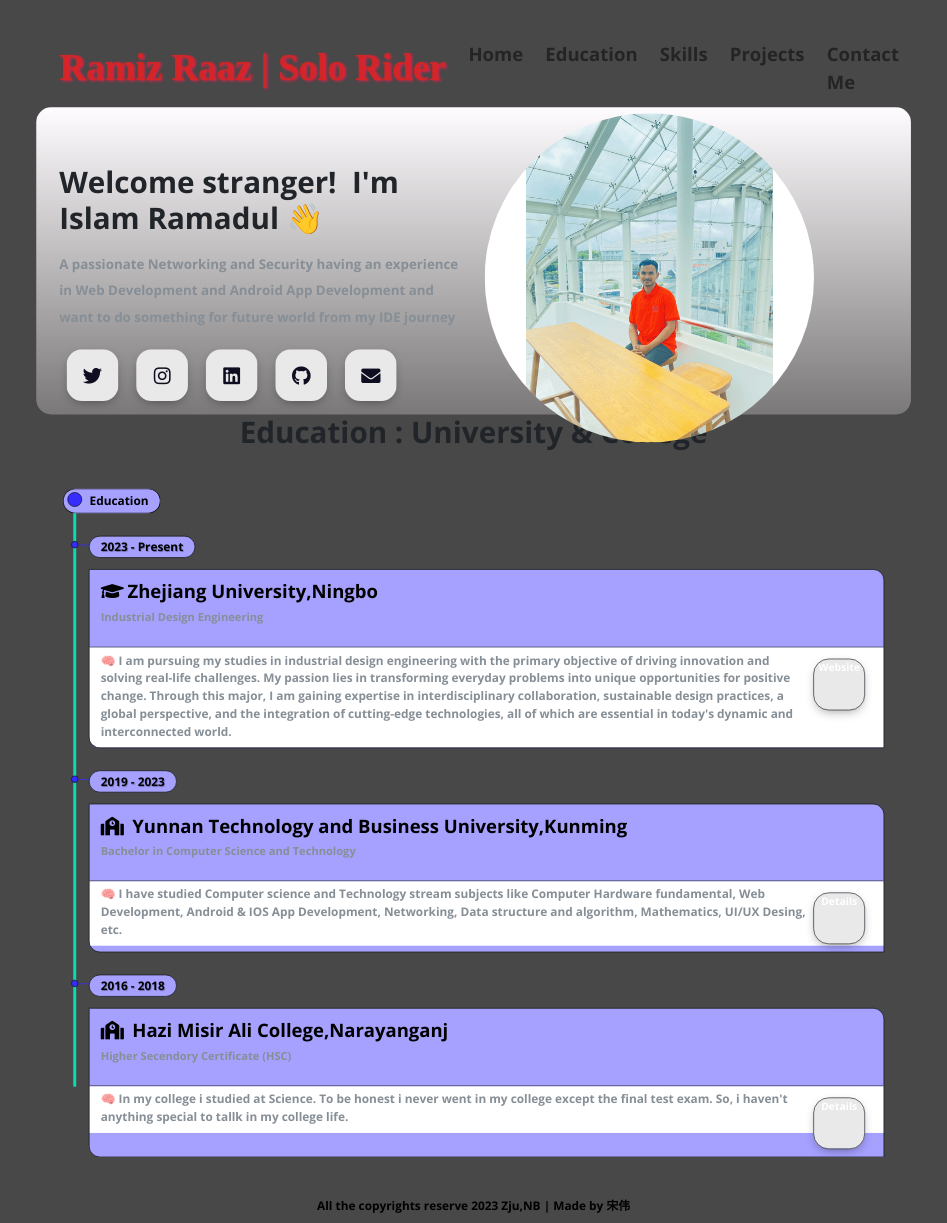
Repository: ramizraaz/ZjuProtfolio
Page: index.html
These files come from the project's save history. The page is drawn as it stood at one moment and after the next save; the edit follows.
The browser window is 1280 px wide. The pictures show the whole page, at 74% of full size.
Some web fonts or font styles are not loaded; a fallback is used. Some web libraries are served in a nearby version.

Above is the page before, as saved 2023-10-08 18:40:37.

### index.html
<!DOCTYPE html>
<html lang="en" dir="ltr">

<head>
    <meta charset="utf-8">
    <meta name="viewport" content="width=device-width,initial-scale=1">
    <title>宋伟's Profile | Personal website</title>
    <link rel="icon" href="Image/RR.png">
    <link rel="stylesheet" href="https://stackpath.bootstrapcdn.com/bootstrap/4.5.0/css/bootstrap.min.css" integrity="sha384-9aIt2nRpC12Uk9gS9baDl411NQApFmC26EwAOH8WgZl5MYYxFfc+NcPb1dKGj7Sk" crossorigin="anonymous">
    <link rel="stylesheet" href="style.css">
    <link href="https://fonts.googleapis.com/css2?family=Arizonia&family=Montserrat:wght@400;800&display=swap" rel="stylesheet">
    <link href="https://fonts.googleapis.com/css2?family=Open+Sans:wght@700&display=swap" rel="stylesheet">
    <link rel="stylesheet" href="https://use.fontawesome.com/releases/v5.4.1/css/all.css" />
    <link rel="stylesheet" href="https://cdnjs.cloudflare.com/ajax/libs/font-awesome/5.13.1/css/all.min.css">
    <script src="https://code.jquery.com/jquery-3.5.1.slim.min.js" integrity="sha384-DfXdz2htPH0lsSSs5nCTpuj/zy4C+OGpamoFVy38MVBnE+IbbVYUew+OrCXaRkfj" crossorigin="anonymous"></script>
    <script src="https://cdn.jsdelivr.net/npm/popper.js@1.16.0/dist/umd/popper.min.js" integrity="sha384-Q6E9RHvbIyZFJoft+2mJbHaEWldlvI9IOYy5n3zV9zzTtmI3UksdQRVvoxMfooAo" crossorigin="anonymous"></script>
    <script src="https://stackpath.bootstrapcdn.com/bootstrap/4.5.0/js/bootstrap.min.js" integrity="sha384-OgVRvuATP1z7JjHLkuOU7Xw704+h835Lr+6QL9UvYjZE3Ipu6Tp75j7Bh/kR0JKI" crossorigin="anonymous"></script>
</head>

<body class="container-fluid body_section">
    <header>
        <nav class="navbar navbar-expand-lg navbar-light ">
            <a class="navbar-brand brand-name" href="#">Ramiz Raaz | Solo Rider</a>
            <button class="navbar-toggler" type="button" data-toggle="collapse" data-target="#navbarSupportedContent" aria-controls="navbarSupportedContent" aria-expanded="false" aria-label="Toggle navigation">
                  <span class="navbar-toggler-icon"></span>
                </button>
            <div class="collapse navbar-collapse" id="navbarSupportedContent">
                <ul class="navbar-nav ml-auto">
                    <li class="nav-item">
                        <a class="nav-link headerachor" href="index.html">Home</a>
                    </li>

                    <li class="nav-item">
                        <a class="nav-link headerachor" href="#Education">Education</a>
                    </li>
                    <li class="nav-item">
                        <a class="nav-link headerachor" href="">Skills</a>
                    </li>
                    <li class="nav-item">
                        <a class="nav-link headerachor" href="">Projects</a>
                    </li>
                    <li class="nav-item">
                        <a class="nav-link headerachor" href="">Contact Me</a>
                    </li>
                </ul>
        </nav>
    </header>
    <!-- Intro Section -->
    <section id="Home">
        <div class="row column1">
            <div class="col-lg-6 col-md-6 first-image">
                <img class="boyimage" src="img/me.gif" alt="">
            </div>
            <div class="col-lg-6 section-1">
                <h1 class="Hello">Welcome stranger!&nbsp&nbspI'm Islam Ramadul <span class="wave">👋</span></h1>
                <p>A passionate Networking and Security having an experience in Web Development and Android App Development and want to do something for future world from my IDE journey</p>
                <div class=social_media_icon>
                    <a class="btn" href="https://twitter.com/ramiz_raaz" target=_blank>
                        <i class="fab fa-twitter"></i>
                    </a>
                    <a class="btn" href="https://www.instagram.com/ramiz_raaz/" target=_blank>
                        <i class="fab fa-instagram"></i>
                    </a>
                    <a class="btn" href="https://www.linkedin.com/" target=_blank>
                        <i class="fab fa-linkedin" aria-hidden="true"></i>
                    </a>
                    <a class="btn" href="https://github.com/ramizraaz" target=_blank>
                        <i class="fab fa-github"></i>
                    </a>
                    <a class="btn" href="mailto:romiz.romeo.raaz@gmail.com/" target=_blank>
                        <i class="fa fa-envelope"></i>
                    </a>
                </div>
            </div>
    </section>
    <!-- Education Section -->
    <section id="Education">
        <div class="container">
            <div class="Heading">
                <h1>Education : University & College</h1>
                <br>
            </div>
            <div class="timeline">
                <div class="timeline-month">
                    Education
                </div>
                <div class="timeline-section">
                    <div class="timeline-date">
                        2023 - Present
                    </div>
                    <div class="row">
                        <div class="col-lg">
                            <div class="timeline-box">
                                <div class="box-title">
                                    <i class="fas fa-graduation-cap" aria-hidden="true"></i>Zhejiang University,Ningbo
                                    <p class="degree">Industrial Design Engineering</p>
                                </div>
                                <div class="box-content">
                                    <a class="btn btn-sm btn-dark float-right" role="button" href="https://www.zju.edu.cn/english/" target=_blank style="color: white;">Website</a>
                                    <div class="box-item">🧠 I am pursuing my studies in industrial design engineering with the primary objective of driving innovation and solving real-life challenges. My passion lies in transforming everyday problems into unique opportunities
                                        for positive change. Through this major, I am gaining expertise in interdisciplinary collaboration, sustainable design practices, a global perspective, and the integration of cutting-edge technologies, all of which
                                        are essential in today's dynamic and interconnected world.</div>
                                </div>
                            </div>
                        </div>
                    </div>
                </div>

                <div class="timeline-section">
                    <div class="timeline-date">
                        2019 - 2023
                    </div>
                    <div class="row">
                        <div class="col-lg">
                            <div class="timeline-box">
                                <div class="box-title">
                                    <i class="fas fa-school" aria-hidden="true"></i> Yunnan Technology and Business University,Kunming
                                    <p class="degree">Bachelor in Computer Science and Technology</p>
                                </div>
                                <div class="box-content">
                                    <a class="btn btn-sm btn-dark float-right" role="button" style="color: white;">Details</a>
                                    <div class="box-item">🧠 I have studied Computer science and Technology stream subjects like Computer Hardware fundamental, Web Development, Android & IOS App Development, Networking, Data structure and algorithm, Mathematics, UI/UX Desing,
                                        etc.
                                    </div>

                                </div>
                            </div>
                        </div>
                    </div>
                </div>

                <div class="timeline-section">
                    <div class="timeline-date">
                        2016 - 2018
                    </div>
                    <div class="row">
                        <div class="col-lg">
                            <div class="timeline-box">
                                <div class="box-title">
                                    <i class="fas fa-school" aria-hidden="true"></i> Hazi Misir Ali College,Narayanganj
                                    <p class="degree"> Higher Secendory Certificate (HSC)</p>
                                </div>
                                <div class="box-content">
                                    <a class="btn btn-sm btn-dark float-right" role="button" style="color: white;">Details</a>
                                    <div class="box-item">🧠 In my college i studied at Science. To be honest i never went in my college except the final test exam. So, i haven't anything special to tallk in my college life.</div>
                                    <div class="box-item"><b>

                                </div>
                            </div>
                        </div>
                    </div>
                </div>
            </div>
        </div>
    </section>

    </form>
    <footer class=footer>All the copyrights reserve 2023 Zju,NB | Made by 宋伟</footer>
</body>

</html>

### style.css
body {
    font-family: 'Open Sans', sans-serif;
    margin: 0;
    background: #b1adad;
    animation: pulse 10s infinite;
}

@keyframes pulse {
    0% {
        background: #F2F2F2;
    }
    10% {
        background: #FFFFFF;
    }
    20% {
        background: #d6d6d6e2;
        ;
    }
    30% {
        background: #acacacd8;
    }
    40% {
        background: #6b6b6bcf;
    }
    50% {
        background: #484848;
    }
    60% {
        background: #292929c8;
    }
    70% {
        background: #2f2e2ebc;
    }
    80% {
        background: #242424bb;
    }
    90% {
        background: #1e1e1ef7;
    }
    100% {
        background: #a6a6a6;
    }
}

.body_section {
    padding: 3% 5% 1%;
}

p {
    font-size: 18px;
}

a {
    text-decoration: none;
}

@font-face {
    font-family: "Lovely Home";
    src: local('Lovely Home'), url("Image/LovelyHome-9aBZ.ttf") format('truetype');
}

.brand-name,
.navbar-light .navbar-brand {
    font-family: "Lovely Home";
    font-size: 50px;
    font-weight: bold;
    color: #d72525e4;
    text-shadow: 2px 2px 4px #e71f4a;
}

.headerachor {
    margin: 0 7px 0 7px;
    border-radius: 15px;
    font-size: 25px;
}

.headerachor:hover {
    background-color: #ffffff82;
}


/* Section 1 */

.column1 {
    background-image: linear-gradient(#fefcfe, #7a7878);
    padding: 8px 16px;
    border-radius: 20px;
}

.section-1 {
    margin-top: 6%;
    text-align: left;
    position: relative;
}

span.wave {
    animation-name: wave-animation;
    animation-duration: 2.5s;
    animation-iteration-count: infinite;
    transform-origin: 70% 70%;
    display: inline-block;
}

@keyframes wave-animation {
    0% {
        transform: rotate( 0.0deg)
    }
    10% {
        transform: rotate(-10.0deg)
    }
    20% {
        transform: rotate( 12.0deg)
    }
    30% {
        transform: rotate(-10.0deg)
    }
    40% {
        transform: rotate( 9.0deg)
    }
    50% {
        transform: rotate( 0.0deg)
    }
    100% {
        transform: rotate( 0.0deg)
    }
}

.first-image {
    position: absolute;
    right: 0;
}

.boyimage {
    height: 445px;
    border-radius: 50%;
}

@media only screen and (max-width: 1183px) {
    .first-image {
        right: 160px;
    }
}

.boy {
    width: 100%;
    height: 100%;
    animation: bounce 1.2s;
    animation-direction: alternate;
    animation-iteration-count: infinite;
}

@keyframes bounce {
    from {
        transform: translate3d(0, 0, 0);
    }
    to {
        transform: translate3d(0, 20px, 0);
    }
}

.Image-boy {
    text-align: center;
    align-items: center;
}

@media only screen and (min-width:951px) {
    .Image-boy {
        display: none;
    }
}

.Hello {
    margin-bottom: 20px;
}

p {
    line-height: 2;
    color: #868e96;
}

.btn {
    display: inline-block;
    width: 4.37rem;
    height: 4.37rem;
    background: #e9e9e9;
    padding: 0px 0px;
    margin: 10px;
    border-radius: 30%;
    box-shadow: 0 5px 15px -5px #00000070;
    color: #0f0d20;
    overflow: hidden;
    position: relative;
}

.btn i {
    line-height: 70px;
    font-size: 1.625rem;
    transition: 0.2s linear;
}

.btn:hover i {
    transform: scale(1.3);
    color: #f1f1f1;
}

.btn::before {
    content: "";
    position: absolute;
    width: 120%;
    height: 120%;
    background: #46088d;
    transform: rotate(45deg);
    left: -110%;
    top: 90%;
}

.btn:hover::before {
    animation: aaa 0.7s 1;
    top: -10%;
    left: -10%;
}

@media only screen and (max-width:470px) {
    .btn {
        width: 2.5rem;
        height: 2.5rem;
        margin: 7px;
    }
    .btn i {
        line-height: 40px;
        font-size: 1em;
    }
}


/* Education CSS */

.Heading {
    text-align: center;
}

.timeline {
    margin-top: 20px;
    position: relative;
}

.timeline:before {
    position: absolute;
    content: '';
    width: 4px;
    height: calc(100% - 100px);
    background: #08ddaf;
    left: 14px;
    top: 5px;
    border-radius: 4px;
}

.timeline-month {
    color: black;
    position: relative;
    padding: 4px 15px 4px 35px;
    background-color: #a6a1ff;
    display: inline-block;
    width: auto;
    border-radius: 40px;
    border: 1px solid #17191B;
    border-right-color: black;
    margin-bottom: 30px;
}

.timeline-month span {
    position: absolute;
    top: -1px;
    left: calc(100% - 100px);
    z-index: -1;
    white-space: nowrap;
    display: inline-block;
    background-color: #111;
    padding: 4px 10px 4px 20px;
    border-top-right-radius: 40px;
    border-bottom-right-radius: 40px;
    border: 1px solid black;
    box-sizing: border-box;
}

.timeline-month:before {
    position: absolute;
    content: '';
    width: 20px;
    height: 20px;
    background: #362CFF;
    border-radius: 100%;
    border: 1px solid #17191B;
    left: 5px;
}

.timeline-section {
    padding-left: 35px;
    display: block;
    position: relative;
    margin-bottom: 30px;
}

.timeline-date {
    margin-bottom: 15px;
    padding: 2px 15px;
    background: #a6a1ff;
    position: relative;
    display: inline-block;
    border-radius: 20px;
    border: 1px solid #17191B;
    color: black;
    text-shadow: 1px 1px 1px rgba(0, 0, 0, 0.3);
}

.timeline-section:before {
    content: '';
    position: absolute;
    width: 30px;
    height: 1px;
    background-color: #362CFF;
    top: 12px;
    left: 20px;
}

.timeline-section:after {
    content: '';
    position: absolute;
    width: 10px;
    height: 10px;
    background: #362CFF;
    top: 7px;
    left: 11px;
    border: 1px solid #17191B;
    border-radius: 100%;
}

.timeline-box {
    position: relative;
    color: black;
    background-color: #a6a1ff;
    border-radius: 15px;
    border-top-left-radius: 0px;
    border-bottom-right-radius: 0px;
    border: 1px solid #17191B;
    transition: all 0.3s ease;
    overflow: hidden;
}

.box-icon {
    position: absolute;
    right: 5px;
    top: 0px;
}

.box-title {
    padding: 10px 15px;
    font-size: 25px;
    border-bottom: 1px solid #17191B;
}

.degree {
    font-size: 15px;
}

.box-title i {
    margin-right: 5px;
}

.box-content {
    padding: 5px 15px;
    background-color: white;
}

.box-item {
    margin-bottom: 5px;
    color: #868e96;
    font-weight: 400;
}

.certificate {
    padding-top: 20px;
}

.certificate-text {
    text-align: center;
}

.box-shadow {
    box-shadow: 5px 5px 5px #d9dbdf;
}

footer {
    padding-top: 2%;
    color: #000000;
    text-align: center;
}

After the next save:
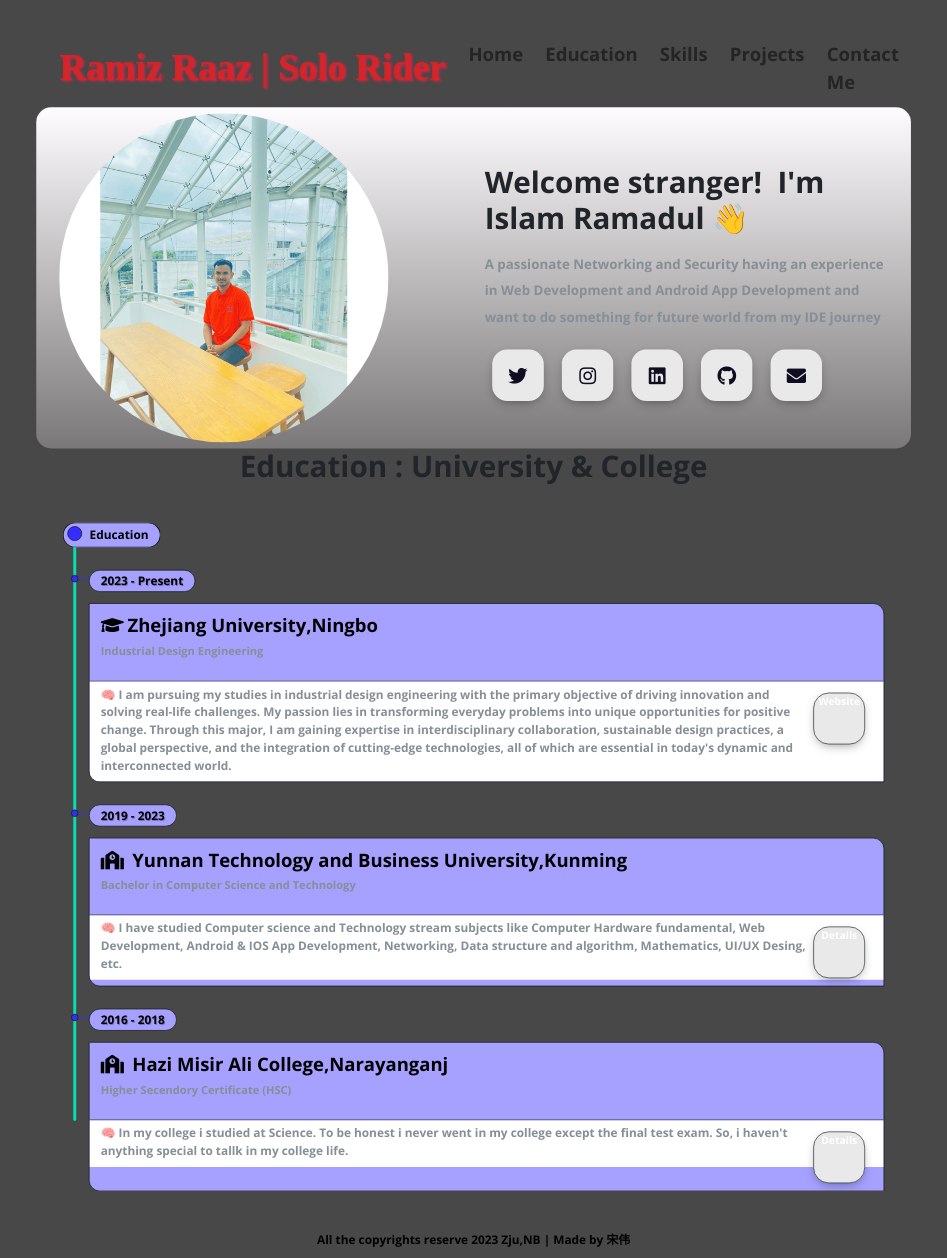
Saved 13 s later.
--- a/style.css
+++ b/style.css
@@ -123,11 +123,6 @@ span.wave {
     100% {
         transform: rotate( 0.0deg)
     }
-}
-
-.first-image {
-    position: absolute;
-    right: 0;
 }
 
 .boyimage {
